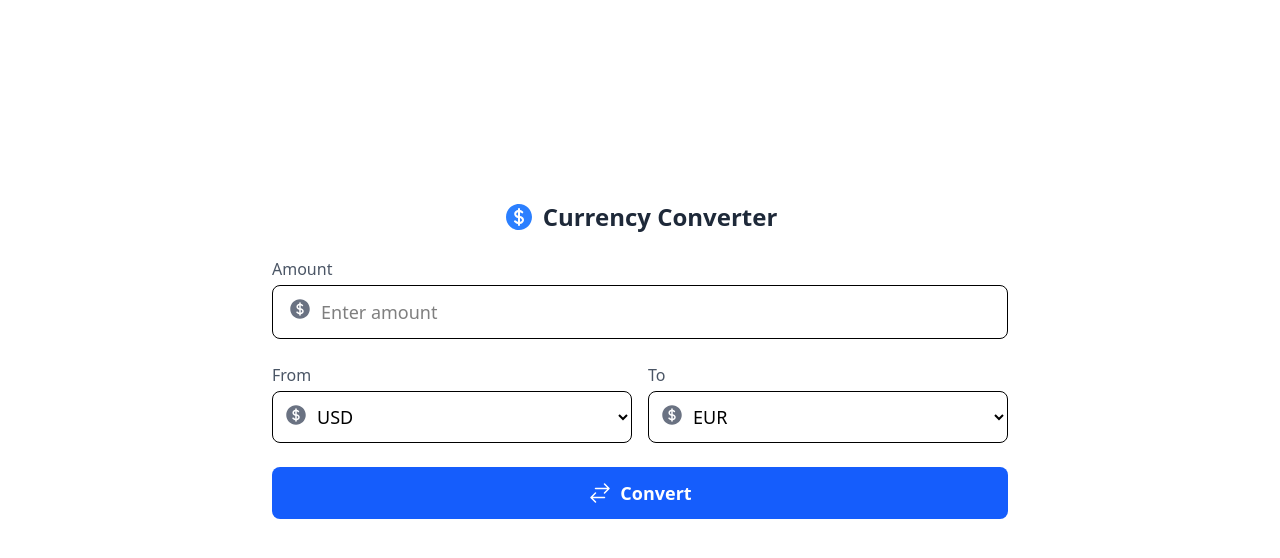
Repository: adrcstro/withcenter_developer_exam
Page: /
The author's editor kept a copy of each file at every save. The page is drawn from the files as they stood at one save, then again after the next save.
The browser window is 1280 px wide. The pictures show the whole page.
The project was rebuilt for these pictures with package versions that can differ from the ones it lists, and the page was loaded fresh each time. Also part of the build but not shown: vite.config.ts.

Above is the page before, as saved 2025-03-16 19:20:57.

### index.html
<!doctype html>
<html lang="en">
  <head>
    <meta charset="UTF-8" />
    <link rel="icon" type="image/svg+xml" href="/vite.svg" />
    <meta name="viewport" content="width=device-width, initial-scale=1.0" />
    <title>Vite + React + TS</title>
    <!-- public/index.html -->
  <link href="https://fonts.googleapis.com/css2?family=Montserrat:wght@300;400;500;700&display=swap" rel="stylesheet">


  </head>
  <body>
    <div id="root"></div>
    <script type="module" src="/src/main.tsx"></script>
  </body>
</html>

### src/main.tsx

import { createRoot } from 'react-dom/client'
import './index.css'
import App from './App.tsx'

createRoot(document.getElementById('root')!).render(

    <App />

)

### src/App.tsx
import { useState } from "react";
import { ArrowsRightLeftIcon, CurrencyDollarIcon } from "@heroicons/react/24/solid";


const currencies = ["USD", "EUR", "GBP", "JPY", "INR"];

function App() {
  const [amount, setAmount] = useState("");
  const [fromCurrency, setFromCurrency] = useState("USD");
  const [toCurrency, setToCurrency] = useState("EUR");
  const [convertedAmount, setConvertedAmount] = useState("");

  const handleConvert = () => {
    // Dummy conversion rate for UI demo
    const rate = 1.1;
    setConvertedAmount((parseFloat(amount) * rate).toFixed(2));
  };

  return (
    <div className="flex items-center justify-center min-h-screen bg-white">
      <div className="bg-white rounded-xl p-8 w-[800px]">
        <h2 className="text-2xl font-bold text-gray-800 text-center mb-6 flex items-center justify-center gap-2">
          <CurrencyDollarIcon className="w-8 h-8 text-blue-500" />
          Currency Converter
        </h2>

        {/* Amount Input */}
        <div className="mb-6">
          <label className="block text-gray-600 text-base font-medium">Amount</label>
          <div className="relative">
            <input
              type="number"
              value={amount}
              onChange={(e) => setAmount(e.target.value)}
              className="w-full mt-1 pl-12 pr-4 py-3 border rounded-lg text-lg focus:outline-none focus:ring-2 focus:ring-blue-400"
              placeholder="Enter amount"
            />
            <CurrencyDollarIcon className="w-6 h-6 text-gray-500 absolute left-4 top-4" />
          </div>
        </div>

        {/* Currency Selection */}
        <div className="flex gap-4 mb-6">
          <div className="w-1/2">
            <label className="block text-gray-600 text-base font-medium">From</label>
            <div className="relative">
              <select
                value={fromCurrency}
                onChange={(e) => setFromCurrency(e.target.value)}
                className="w-full mt-1 pl-10 pr-4 py-3 border rounded-lg text-lg focus:outline-none focus:ring-2 focus:ring-blue-400"
              >
                {currencies.map((currency) => (
                  <option key={currency} value={currency}>
                    {currency}
                  </option>
                ))}
              </select>
              <CurrencyDollarIcon className="w-6 h-6 text-gray-500 absolute left-3 top-4" />
            </div>
          </div>

          <div className="w-1/2">
            <label className="block text-gray-600 text-base font-medium">To</label>
            <div className="relative">
              <select
                value={toCurrency}
                onChange={(e) => setToCurrency(e.target.value)}
                className="w-full mt-1 pl-10 pr-4 py-3 border rounded-lg text-lg focus:outline-none focus:ring-2 focus:ring-blue-400"
              >
                {currencies.map((currency) => (
                  <option key={currency} value={currency}>
                    {currency}
                  </option>
                ))}
              </select>
              <CurrencyDollarIcon className="w-6 h-6 text-gray-500 absolute left-3 top-4" />
            </div>
          </div>
        </div>

        {/* Convert Button */}
        <button
          onClick={handleConvert}
          className="w-full bg-blue-600 hover:bg-blue-700 text-white text-lg font-semibold py-3 rounded-lg flex items-center justify-center gap-2 transition duration-300"
        >
          <ArrowsRightLeftIcon className="w-6 h-6" />
          Convert
        </button>

        {/* Converted Amount */}
        {convertedAmount && (
          <div className="mt-6 text-center">
            <p className="text-gray-800 text-xl">
              {amount} {fromCurrency} = <span className="font-bold text-green-600">{convertedAmount} {toCurrency}</span>
            </p>
          </div>
        )}
      </div>
    </div>
  );
}

export default App;

Loaded but not shown: src/index.css (common file)

After the next save:
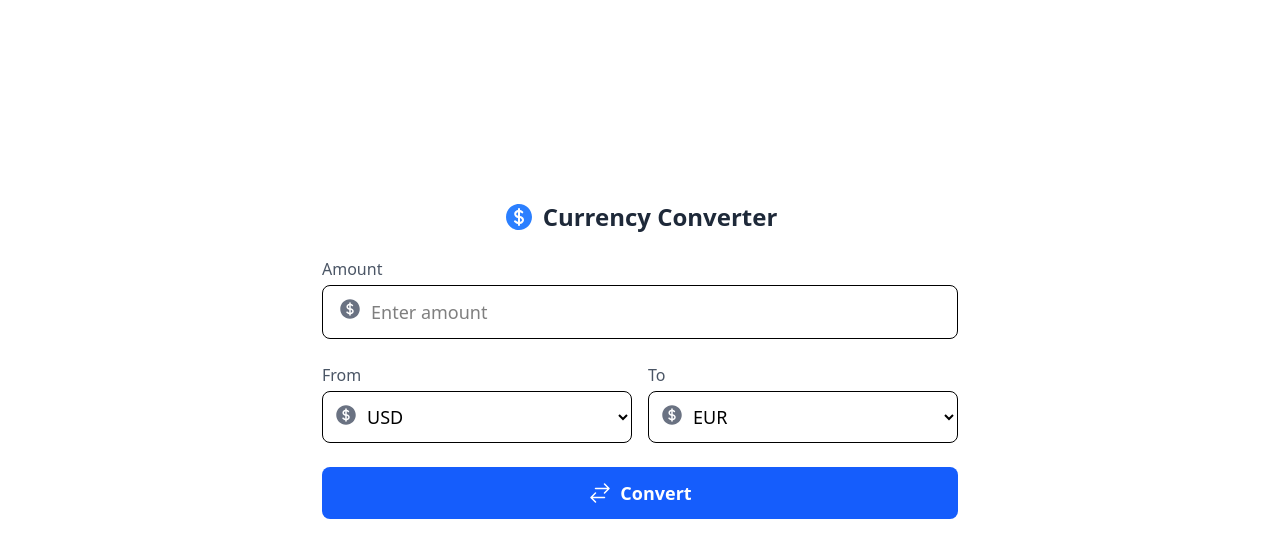
Saved 7 s later.
--- a/src/App.tsx
+++ b/src/App.tsx
@@ -18,7 +18,7 @@ function App() {
 
   return (
     <div className="flex items-center justify-center min-h-screen bg-white">
-      <div className="bg-white rounded-xl p-8 w-[800px]">
+      <div className="bg-white rounded-xl p-8 w-[700px]">
         <h2 className="text-2xl font-bold text-gray-800 text-center mb-6 flex items-center justify-center gap-2">
           <CurrencyDollarIcon className="w-8 h-8 text-blue-500" />
           Currency Converter
